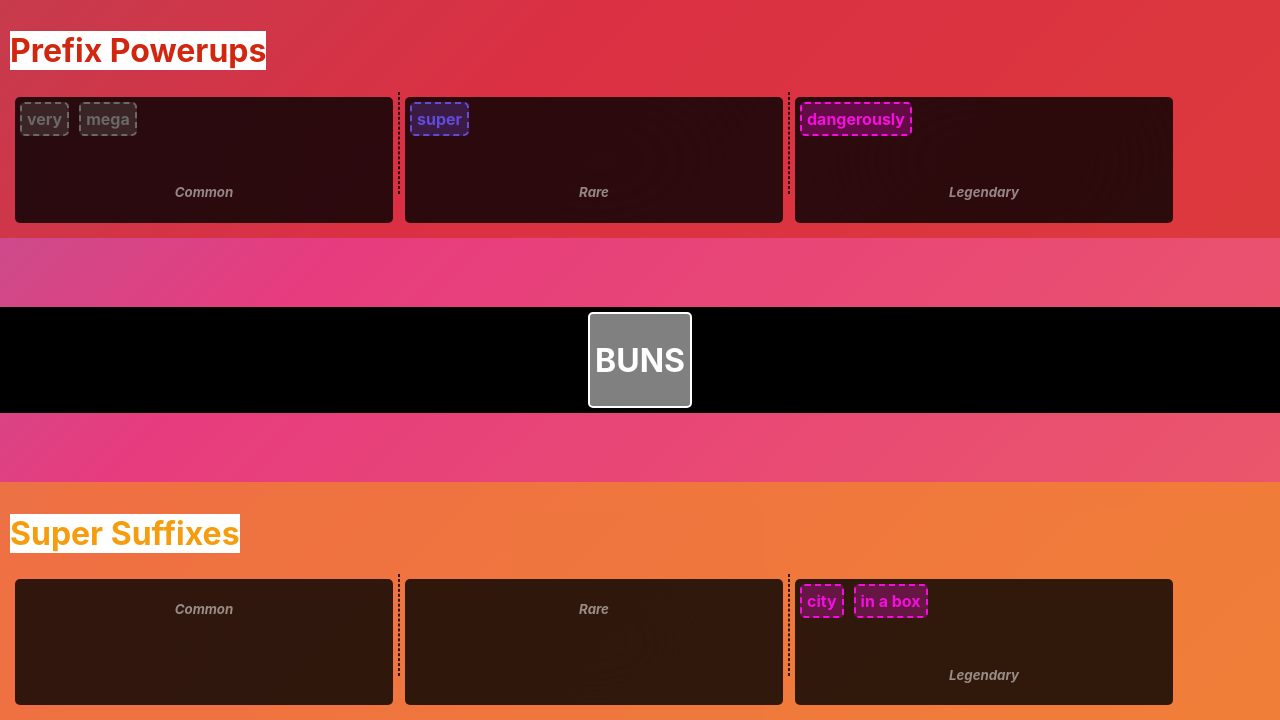
Repository: bsalgado98/buns-inator
Page: /
An editor plug-in stored every save of this project. The page is shown before and after the next save, followed by the edit.
The browser window is 1280 px wide. The pictures show the whole page.
The project was rebuilt for these pictures with package versions that can differ from the ones it lists, and the page was loaded fresh each time.

Above is the page before, as saved 2022-04-26 00:28:32.

### src/index.js
import React from 'react';
import ReactDOM from 'react-dom/client';
import './index.css';
import App from './App';
import reportWebVitals from './reportWebVitals';
import { store } from './store'
import { Provider } from 'react-redux'

const root = ReactDOM.createRoot(document.getElementById('root'));
root.render(
  <React.StrictMode>
    <Provider store={store}>
        <App />
    </Provider>
  </React.StrictMode>
);

// If you want to start measuring performance in your app, pass a function
// to log results (for example: reportWebVitals(console.log))
// or send to an analytics endpoint. Learn more: https://bit.ly/CRA-vitals
reportWebVitals();

### src/index.css
body {
    margin: 0;
    padding: 0;
    font-family: -apple-system, BlinkMacSystemFont, 'Segoe UI', 'Roboto', 'Oxygen',
        'Ubuntu', 'Cantarell', 'Fira Sans', 'Droid Sans', 'Helvetica Neue',
        sans-serif;
    -webkit-font-smoothing: antialiased;
    -moz-osx-font-smoothing: grayscale;
    height: 100vh;
    background-attachment: fixed;
}

code {
    font-family: source-code-pro, Menlo, Monaco, Consolas, 'Courier New', monospace;
}

### src/App.js
import './App.css';
import WordBank from './components/WordBank/WordBank'
import WordBuilder from './components/WordBuilder/WordBuilder';
import { RARITY, PART_OF_SENTENCE, COLOR } from './utility/constants'

function App() {
    const wordList = {
        prefixPowerups: [
            {
                sectionTitle: RARITY.COMMON,
                words: ['very', 'mega'],
                color: COLOR.COMMON,
                partOfSentence: PART_OF_SENTENCE.PREFIX
            },
            {
                sectionTitle: RARITY.RARE,
                words: ['super'],
                color: COLOR.RARE,
                partOfSentence: PART_OF_SENTENCE.PREFIX
            },
            {
                sectionTitle: RARITY.LEGENDARY,
                words: ['dangerously'],
                color: COLOR.LEGENDARY,
                partOfSentence: PART_OF_SENTENCE.PREFIX
            }
        ],
        superSuffixes: [
            {
                sectionTitle: RARITY.COMMON,
                words: [],
                color: COLOR.COMMON,
                partOfSentence: PART_OF_SENTENCE.SUFFIX
            },
            {
                sectionTitle: RARITY.RARE,
                words: [],
                color: COLOR.RARE,
                partOfSentence: PART_OF_SENTENCE.SUFFIX
            },
            {
                sectionTitle: RARITY.LEGENDARY,
                words: ['city', 'in a box'],
                color: COLOR.LEGENDARY,
                partOfSentence: PART_OF_SENTENCE.SUFFIX
            }
        ]
    }

    return (
        <div className="App">
            <div className="word-bank">
                <WordBank bankTitle='Prefix Powerups' color={COLOR.PREFIX_POWERUPS} wordCollection={wordList.prefixPowerups} />
            </div>
            <div className="subject-card-container">
                <WordBuilder />
            </div>
            <div className="word-bank">
                <WordBank bankTitle='Super Suffixes' color={COLOR.SUPER_SUFFIXES} wordCollection={wordList.superSuffixes} />
            </div>
        </div>
    );
}

export default App;

### src/store.js
import { configureStore } from "@reduxjs/toolkit"
import wordModifiersReducer from "./slices/wordModifiersSlice"

export const store = configureStore({
    reducer: {
        wordModifiers: wordModifiersReducer
    }
})

### src/App.css
.App {
    text-align: center;
    height: 100vh;
    display: flex;
    flex-direction: column;
    background: linear-gradient(-45deg, #ee7752, #e73c7e, #23a6d5, #23d5ab);
	background-size: 400% 400%;
	animation: gradient 15s ease infinite;
    background-attachment: fixed;
}

.word-bank {
}

.subject-card-container {
    flex-grow: 3;
    display: flex;
    align-items: center;
    justify-content: center;
}

@keyframes gradient {
	0% {
		background-position: 0% 50%;
	}
	50% {
		background-position: 100% 50%;
	}
	100% {
		background-position: 0% 50%;
	}
}

### src/components/WordBank/WordBank.js
import createWordSection from "../../utility/wordSection"

const WordBank = ({ bankTitle = "N/A", color = "#000000", wordCollection = [] }) => {
    const styles = {
        container: {
            style: {
                backgroundColor: `${color}88`,
                display: 'flex',
                flexDirection: 'column',
                padding: '10px'
            }
        },
        title: {
            style: {
                color: color,
                backgroundColor: 'white'
            },
            container: {
                style: {
                    display: 'flex',
                    width: '100%'
                }
            }
        },
        collectionArea: {
            style: {
                display: 'flex'
            },
            section: {
                style: {
                    display: 'flex',
                    flexDirection: 'column',
                    width: '30%',
                    backgroundColor: 'rgba(0, 0, 0, 0.8)',
                    backdropFilter: 'blur(100px)',
                    margin: '5px',
                    borderRadius: '5px'
                },
                wordArea: {
                    style: {
                        display: 'flex'
                    }
                },
                title: {
                    style: {
                        opacity: '0.5',
                        fontStyle: 'italic',
                        color: 'white'
                    }
                }
            }
        },
        divider: {
            style: {
                height: '100px',
                width: '0px',
                border: '1px dashed black',
                opacity: '0.8'
            }
        }
    }
    return (
        <div style={styles.container.style}>
            <div style={styles.title.container.style}>
                <h1 style={styles.title.style}>{bankTitle}</h1>
            </div>
            <div style={styles.collectionArea.style}>
                {wordCollection.map((section, i) => {
                    return (
                        <>
                            {i !== 0 ? <span style={styles.divider.style}></span> : null}
                            <div key={`section-${i}`} style={styles.collectionArea.section.style} className="section">
                                <div style={styles.collectionArea.section.wordArea.style}>
                                    {createWordSection(section.words, section.color, section.partOfSentence)}
                                </div>
                                <h5 style={styles.collectionArea.section.title.style}>{section.sectionTitle}</h5>
                            </div>
                        </>
                    )
                })}
            </div>
        </div>
    )
}

export default WordBank

### src/components/WordBuilder/WordBuilder.js
import SubjectCard from "../SubjectCard/SubjectCard"
import { useSelector, useDispatch } from 'react-redux'
import WordCard from "../WordCard/WordCard"

const WordBuilder = () => {
    const styles = {
        container: {
            style: {
                display: 'flex',
                background: 'black',
                width: '100%',
                justifyContent: 'center'
            }
        }
    }

    const dispatch = useDispatch()
    const prefixes = useSelector(state => state.wordModifiers.prefixes)
    const suffixes = useSelector(state => state.wordModifiers.suffixes)
    return (
        <div style={styles.container.style}>
            {
                prefixes.map((wordInfo, i) =>
                    <WordCard
                        key={`prefix-${i}`}
                        text={wordInfo.text}
                        color={wordInfo.color}
                        partOfSentence={wordInfo.partOfSentence}
                    />)
            }
            <SubjectCard text="BUNS" />
            {
                suffixes.map((wordInfo, i) =>
                    <WordCard
                        key={`suffix-${i}`}
                        text={wordInfo.text}
                        color={wordInfo.color}
                        partOfSentence={wordInfo.partOfSentence}
                    />)
            }
        </div>
    )
}

export default WordBuilder

### src/utility/constants.js
export const RARITY = {
    COMMON: 'Common',
    RARE: 'Rare',
    LEGENDARY: 'Legendary'
}

export const PART_OF_SENTENCE = {
    PREFIX: 'prefix',
    SUFFIX: 'suffix'
}

export const COLOR = {
    COMMON: "#6b6867",
    RARE: "#614cd9",
    LEGENDARY: "#f50fde",
    PREFIX_POWERUPS: "#d12711",
    SUPER_SUFFIXES: "#f59d0f"
}

### src/slices/wordModifiersSlice.js
import { createSlice } from "@reduxjs/toolkit"

const initialState = {
    prefixes: [],
    suffixes: []
}

export const wordModifiersSlice = createSlice({
    name: 'word-modifiers',
    initialState,
    reducers: {
        addPrefix: (state, word) => state.prefixes.push(word),
        addSuffix: (state, word) => state.suffixes.push(word),
        removeLastPrefix: state => state.prefixes.pop(),
        removeLastSuffix: state => state.suffixes.pop(),
        removePrefix: (state, word) => state.prefixes.filter(prefix => prefix !== word),
        removeSuffix: (state, word) => state.suffixes.filter(suffix => suffix !== word)
    }
})

export const { addPrefix, addSuffix, removeLastPrefix, removeLastSuffix, removePrefix, removeSuffix } = wordModifiersSlice.actions

export default wordModifiersSlice.reducer

### src/utility/wordSection.js
import WordCard from "../components/WordCard/WordCard";

function createWordSection(words, wordColor, partOfSentence) {
    return words.map((word, i) => <WordCard key={`word-${i}`} text={word} color={wordColor} />)
}

export default createWordSection

### src/components/SubjectCard/SubjectCard.js
const SubjectCard = ({ text }) => {
    const styles = {
        container: {
            style: {
                background: 'rgba(255, 255, 255, 0.5)',
                display: 'flex',
                border: '2px solid white',
                margin: '5px',
                padding: '5px',
                borderRadius: '5px',
                height: '30%',
                alignItems: 'center'
            }
        },
        text: {
            style: {
                color: "white"
            }
        }
    }
    return (
        <div style={styles.container.style}>
            <h1 style={styles.text.style}>{text}</h1>
        </div>
    )
}

export default SubjectCard

### src/components/WordCard/WordCard.js
const WordCard = ({ text = "N/A", color = "#000000", partOfSentence }) => {
    const styles = {
        container: {
            style: {
                background: `${color}44`,
                display: 'flex',
                border: `2px dashed ${color}`,
                margin: '5px',
                padding: '5px',
                borderRadius: '5px',
                height: '30%',
                alignItems: 'center'
            }
        },
        text: {
            style: {
                color: color,
                fontSize: '16px'
            }
        }
    }
    return (
        <div style={styles.container.style}>
            <h1 style={styles.text.style}>{text}</h1>
        </div>
    )
}

export default WordCard

Loaded but not shown: public/index.html (common file); src/reportWebVitals.js (common file)

After the next save:
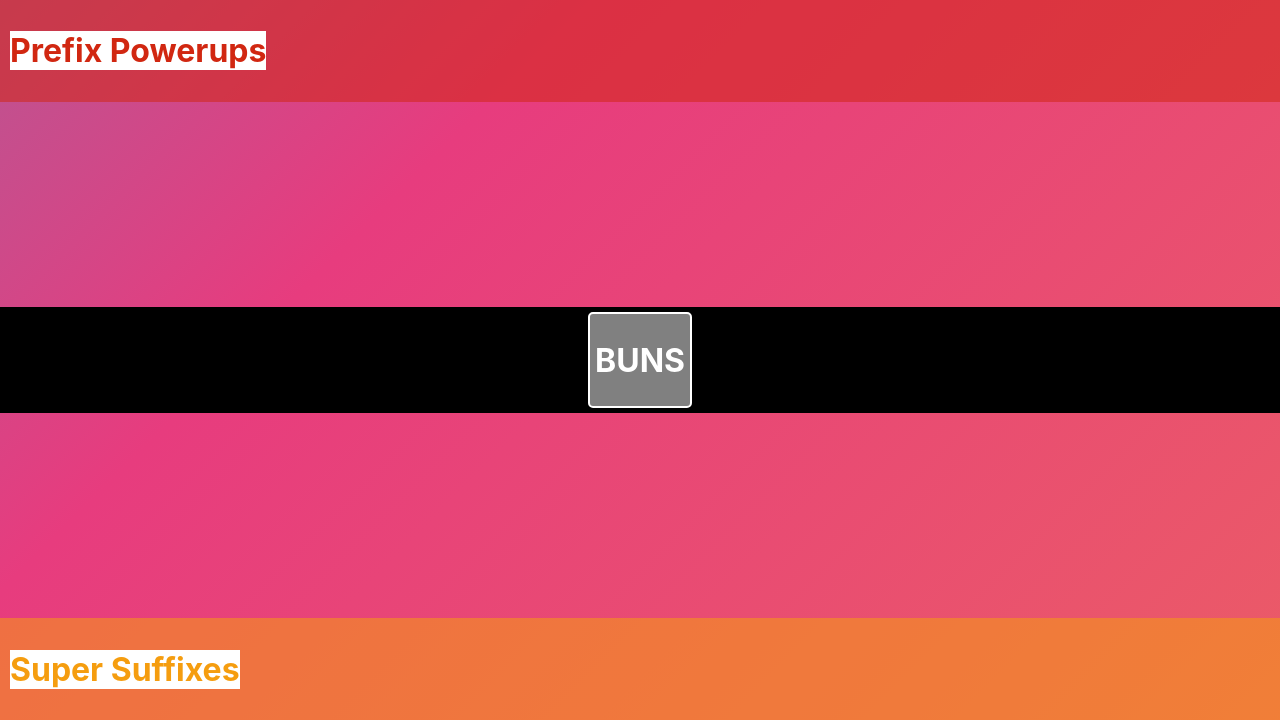
Saved 63 s later.
--- a/src/components/WordBank/WordBank.js
+++ b/src/components/WordBank/WordBank.js
@@ -65,7 +65,7 @@
                 <h1 style={styles.title.style}>{bankTitle}</h1>
             </div>
             <div style={styles.collectionArea.style}>
-                {wordCollection.map((section, i) => {
+                {/* {wordCollection.map((section, i) => {
                     return (
                         <>
                             {i !== 0 ? <span style={styles.divider.style}></span> : null}
@@ -77,7 +77,7 @@
                             </div>
                         </>
                     )
-                })}
+                })} */}
             </div>
         </div>
     )

After the save that followed:
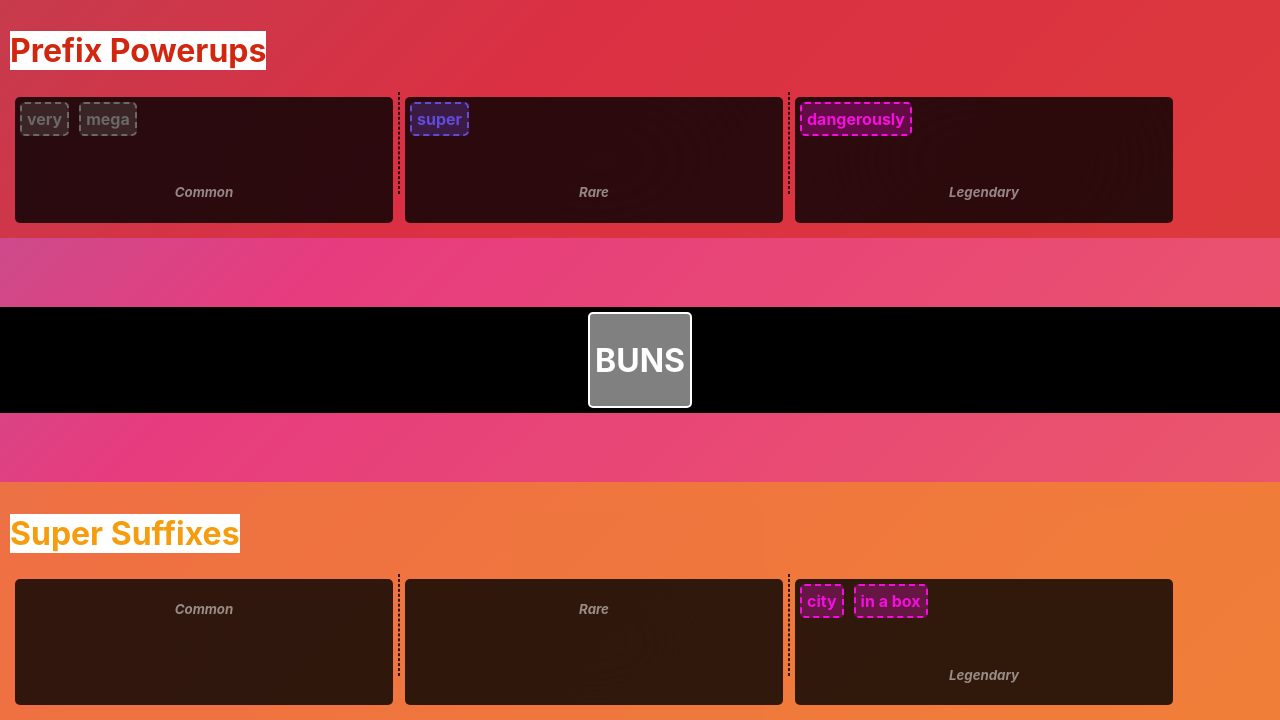
Saved 4 s later.
--- a/src/components/WordBank/WordBank.js
+++ b/src/components/WordBank/WordBank.js
@@ -65,7 +65,7 @@
                 <h1 style={styles.title.style}>{bankTitle}</h1>
             </div>
             <div style={styles.collectionArea.style}>
-                {/* {wordCollection.map((section, i) => {
+                {wordCollection.map((section, i) => {
                     return (
                         <>
                             {i !== 0 ? <span style={styles.divider.style}></span> : null}
@@ -77,7 +77,7 @@
                             </div>
                         </>
                     )
-                })} */}
+                })}
             </div>
         </div>
     )
